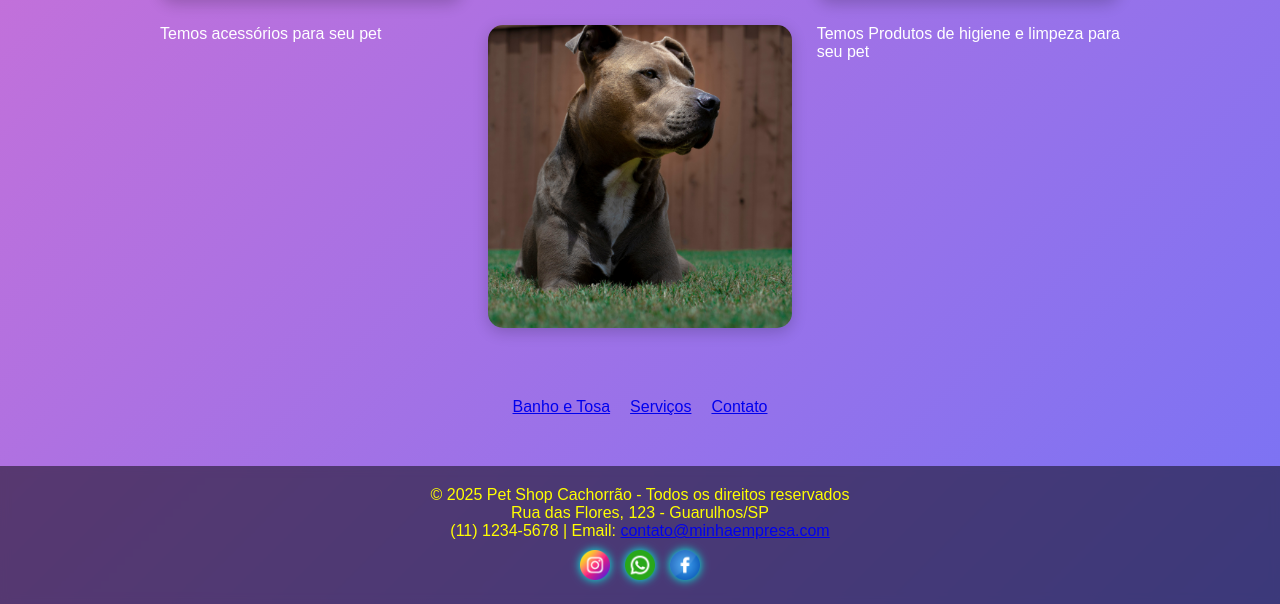
Repository: Sandro1969-tech/Desafio-petshop
Page: index.html
The author's editor kept a copy of each file at every save. The page is drawn from the files as they stood at one save, then again after the next save.
The browser window is 1280 px wide. The pictures show the part of the page from y = 1567 to 2171 px (the page is 2171 px tall).

Above is the page before, as saved 2025-12-11 20:06:32.

After the next save:
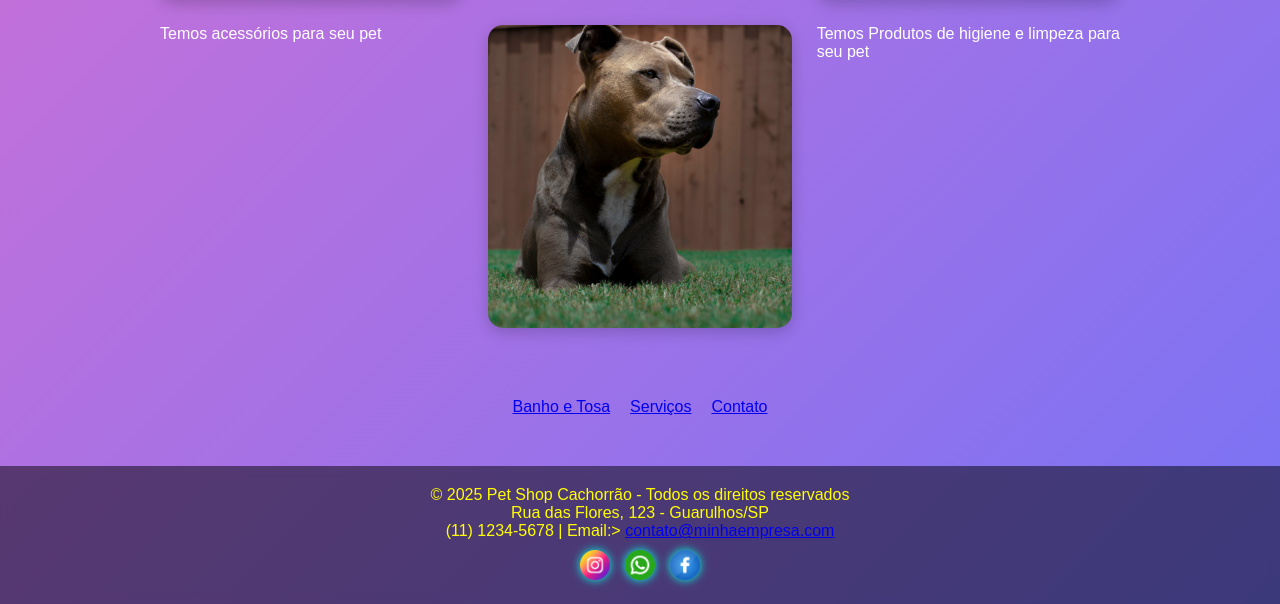
Saved 9 s later.
--- a/index.html
+++ b/index.html
@@ -59,7 +59,7 @@
   <footer id="contact">
     <p  style="color: yellow;">© 2025 Pet Shop Cachorrão - Todos os direitos reservados</p>
     <p style="color: yellow;"> Rua das Flores, 123 - Guarulhos/SP</p>
-    <p style="color: yellow;"</p> (11) 1234-5678 | Email: <a href="mailto:contato@minhaempresa.com">contato@minhaempresa.com</a></p>
+    <p style="color: yellow;"</p> (11) 1234-5678 | Email:> <a href="mailto:contato@minhaempresa.com">contato@minhaempresa.com</a></p>
     <div class="social-icons">
       <a href="https://instagram.com/seuPerfil" target="_blank" aria-label="Instagram">
         <img src="assets/image/instagram.png" alt="Instagram">
